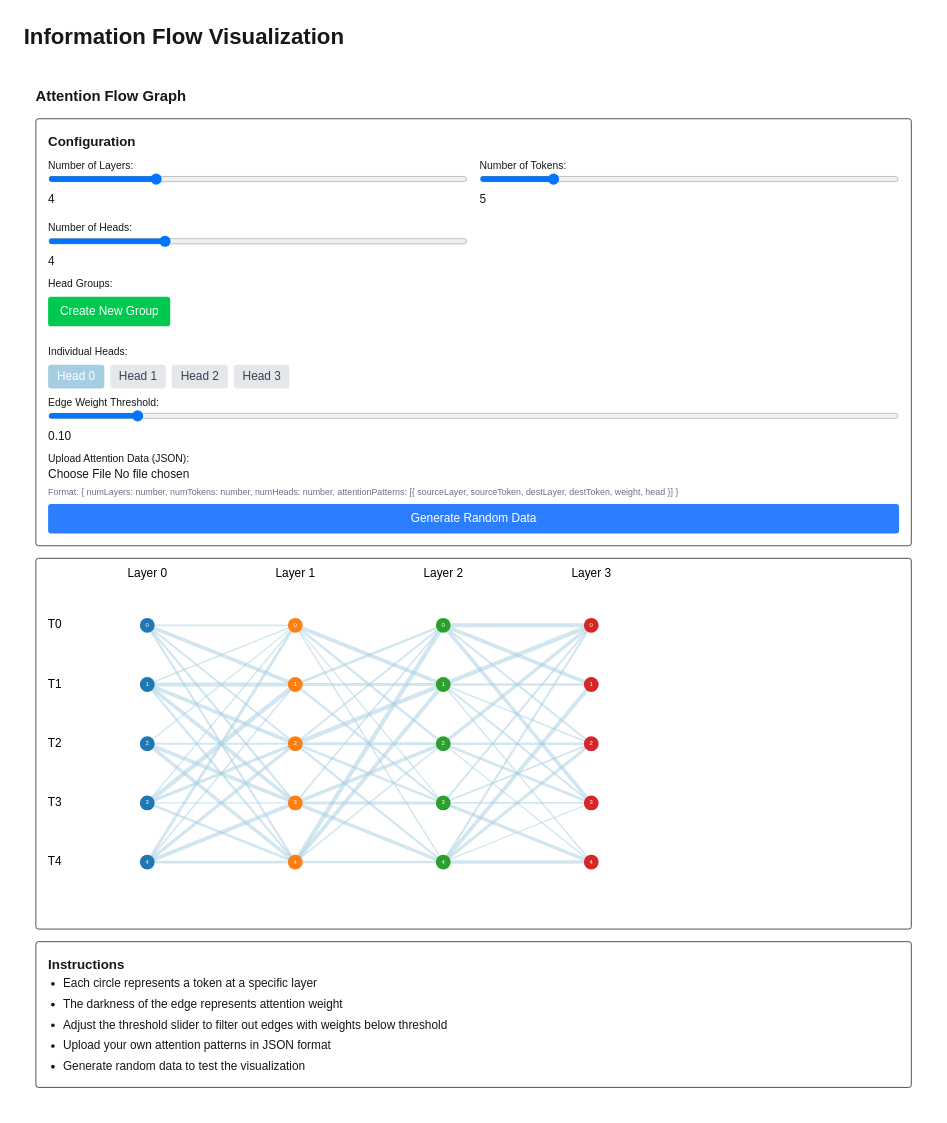
Repository: 2son1a/information_flow
Page: /
These files come from the project's save history. The page is drawn as it stood at one moment and after the next save; the edit follows.
The browser window is 1280 px wide. The pictures show the whole page, at 74% of full size.
The project was rebuilt for these pictures with package versions that can differ from the ones it lists, and the page was loaded fresh each time. The framework's server and built-in components were replaced by stand-ins that run in the browser. Also part of the build but not shown: next.config.ts.

Above is the page before, as saved 2025-03-08 20:08:54.

After the next save:
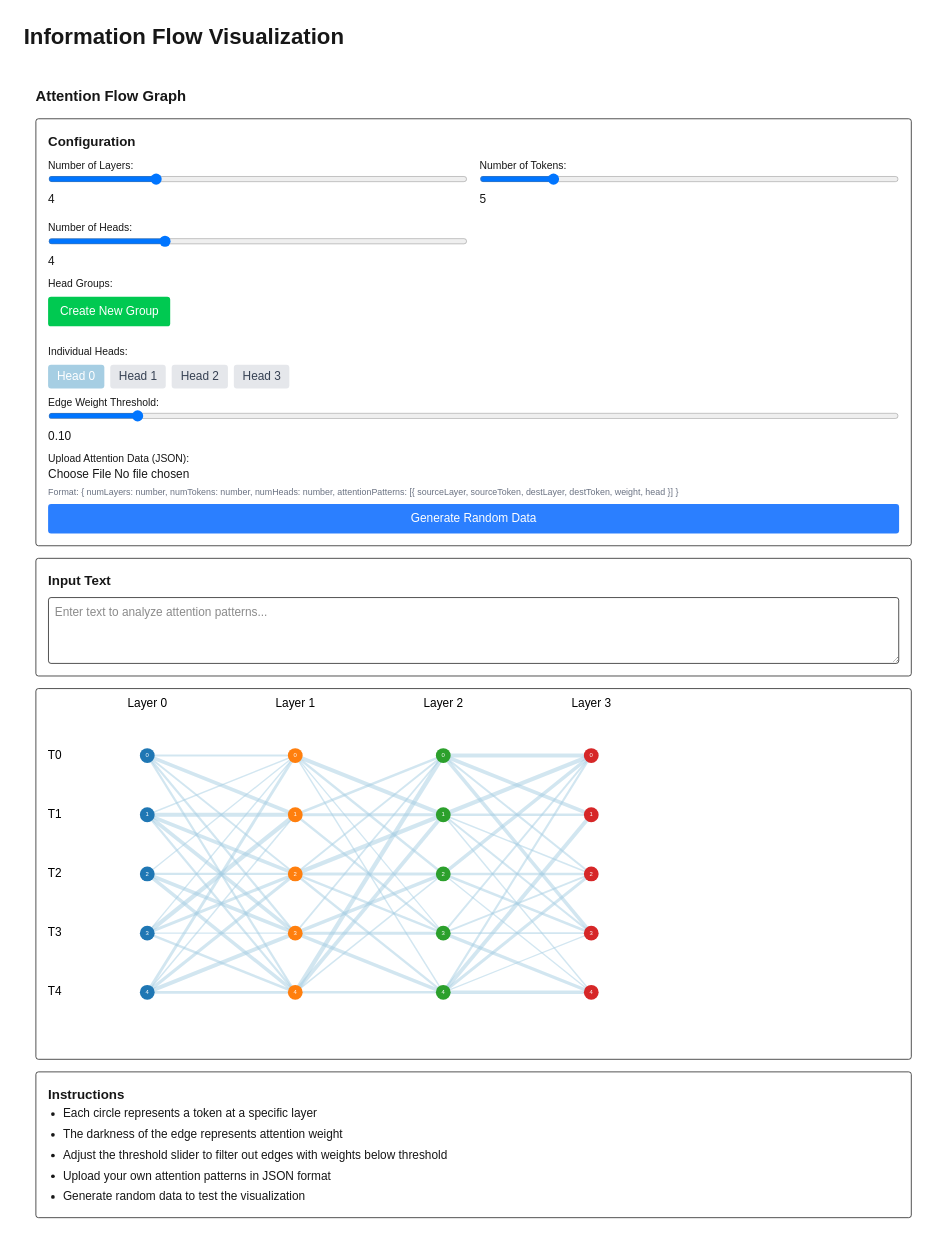
Saved 19 s later.
--- a/app/components/attention-flow-graph.tsx
+++ b/app/components/attention-flow-graph.tsx
@@ -23,6 +23,7 @@ interface GraphData {
   numTokens: number;
   numHeads: number;
   attentionPatterns: AttentionPattern[];
+  tokens?: string[];  // Optional array of actual tokens
 }
 
 interface Node {
@@ -46,7 +47,8 @@ const AttentionFlowGraph = () => {
     numLayers: 4,
     numTokens: 5,
     numHeads: 4,
-    attentionPatterns: []
+    attentionPatterns: [],
+    tokens: Array(5).fill('token')  // Default placeholder tokens
   });
   const [threshold, setThreshold] = useState(0.1);
   const [selectedHeads, setSelectedHeads] = useState<number[]>([]);
@@ -169,7 +171,7 @@ const AttentionFlowGraph = () => {
         .attr("y", padding + t * tokenHeight + tokenHeight / 2)
         .attr("text-anchor", "middle")
         .attr("dominant-baseline", "middle")
-        .text(`T${t}`);
+        .text(data.tokens?.[t] || `T${t}`);  // Use actual token if available
     }
 
     // Draw edges first (so they're behind nodes)
@@ -389,6 +391,35 @@ const AttentionFlowGraph = () => {
     const groupedHeads = headGroups.flatMap(group => group.heads);
     // Combine with individually selected heads
     return [...new Set([...selectedHeads.filter(h => !groupedHeads.includes(h)), ...groupedHeads])];
+  };
+
+  // Function to fetch attention data from an API
+  const fetchAttentionData = async (text: string) => {
+    try {
+      setLoading(true);
+      const response = await fetch('/api/attention', {
+        method: 'POST',
+        headers: {
+          'Content-Type': 'application/json',
+        },
+        body: JSON.stringify({
+          text,
+          // Add any other parameters needed by your backend
+        }),
+      });
+
+      if (!response.ok) {
+        throw new Error('Failed to fetch attention data');
+      }
+
+      const jsonData = await response.json();
+      setData(jsonData);
+    } catch (error) {
+      console.error('Error fetching attention data:', error);
+      alert('Failed to fetch attention data');
+    } finally {
+      setLoading(false);
+    }
   };
 
   return (
@@ -557,6 +588,16 @@ const AttentionFlowGraph = () => {
         </button>
       </div>
 
+      <div className="flex flex-col gap-2 p-4 border rounded">
+        <h3 className="text-lg font-semibold">Input Text</h3>
+        <textarea
+          className="w-full p-2 border rounded"
+          rows={3}
+          placeholder="Enter text to analyze attention patterns..."
+          onChange={(e) => fetchAttentionData(e.target.value)}
+        />
+      </div>
+
       {loading ? (
         <div className="flex justify-center items-center h-96">
           <p>Loading...</p>
